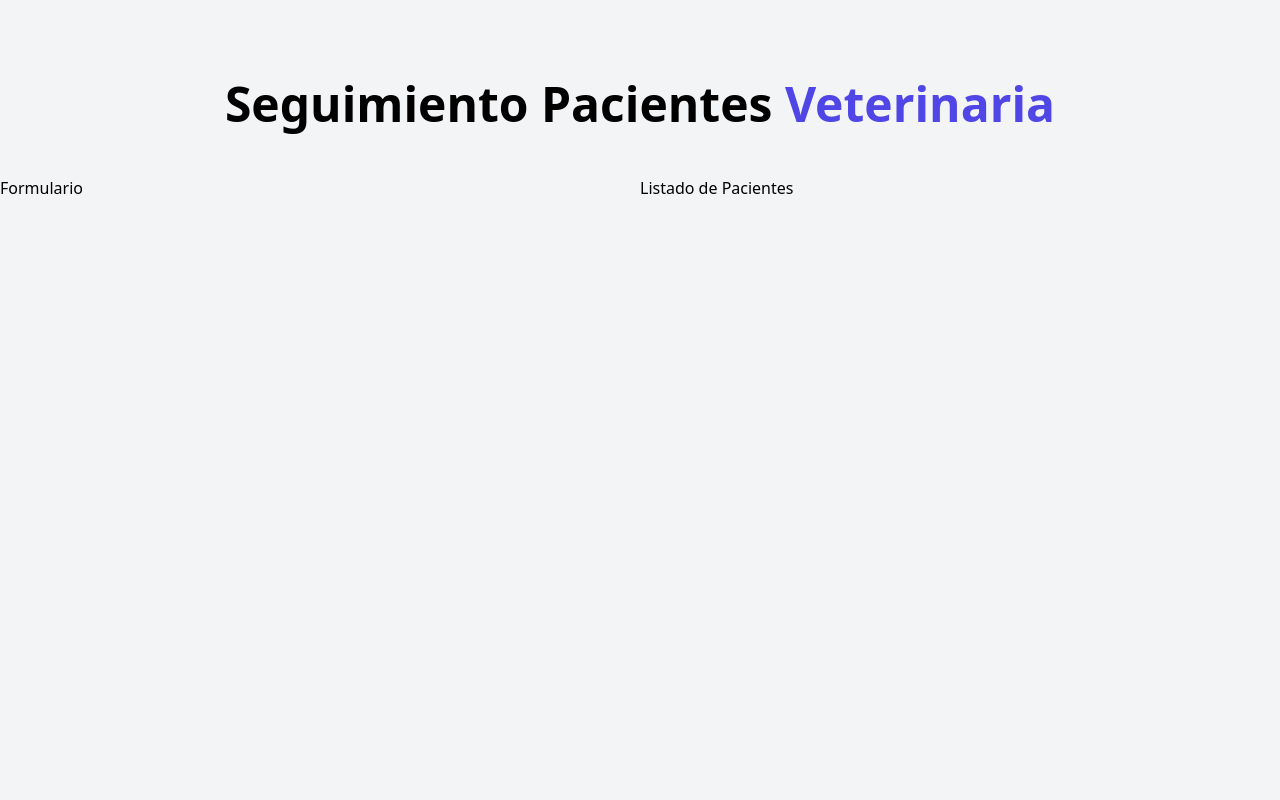
Repository: richardacb/citas_react_vite
Page: /
An editor plug-in stored every save of this project. The page is shown before and after a run of saves, followed by the edit.
The browser window is 1280 px wide. The pictures show the whole page.
The project was rebuilt for these pictures with package versions that can differ from the ones it lists, and the page was loaded fresh each time. Also part of the build but not shown: vite.config.js.

Above is the page before, as saved 2022-12-17 02:34:55.

### src/App.jsx
import { useState } from "react";
import Header from "./components/Header";
import Formulario from "./components/Formulario";
import ListadoPacientes from "./components/ListadoPacientes";

function App() {
  return (
    <div className="container mx-auto mt-20">
      <Header />
      <div className="mt-12 md:flex">
        <Formulario />
        <ListadoPacientes />
      </div>
    </div>
  );
}

export default App;

### src/components/Header.jsx
function Header() {
  return (
    <>
        <h1 className="font-black text-5xl text-center md:w-2/3 mx-auto">Seguimiento Pacientes {''}
         <span className="text-indigo-600">Veterinaria</span></h1>
    </>
  );
}

export default Header;

### src/components/Formulario.jsx
const Formulario = () => {
    return (
        <div className="md:w-1/2">
            <h2>Formulario</h2>
        </div>
    )
}

export default Formulario;

### src/components/ListadoPacientes.jsx
const ListadoPacientes = () => {
  return (
    <div className="w-1/2">
      <h2>Listado de Pacientes</h2>
    </div>
  );
};

export default ListadoPacientes;

Loaded but not shown: index.html (common file); src/main.jsx (common file); src/index.css (common file); tailwind.config.cjs (common file)

After the next 4 saves:
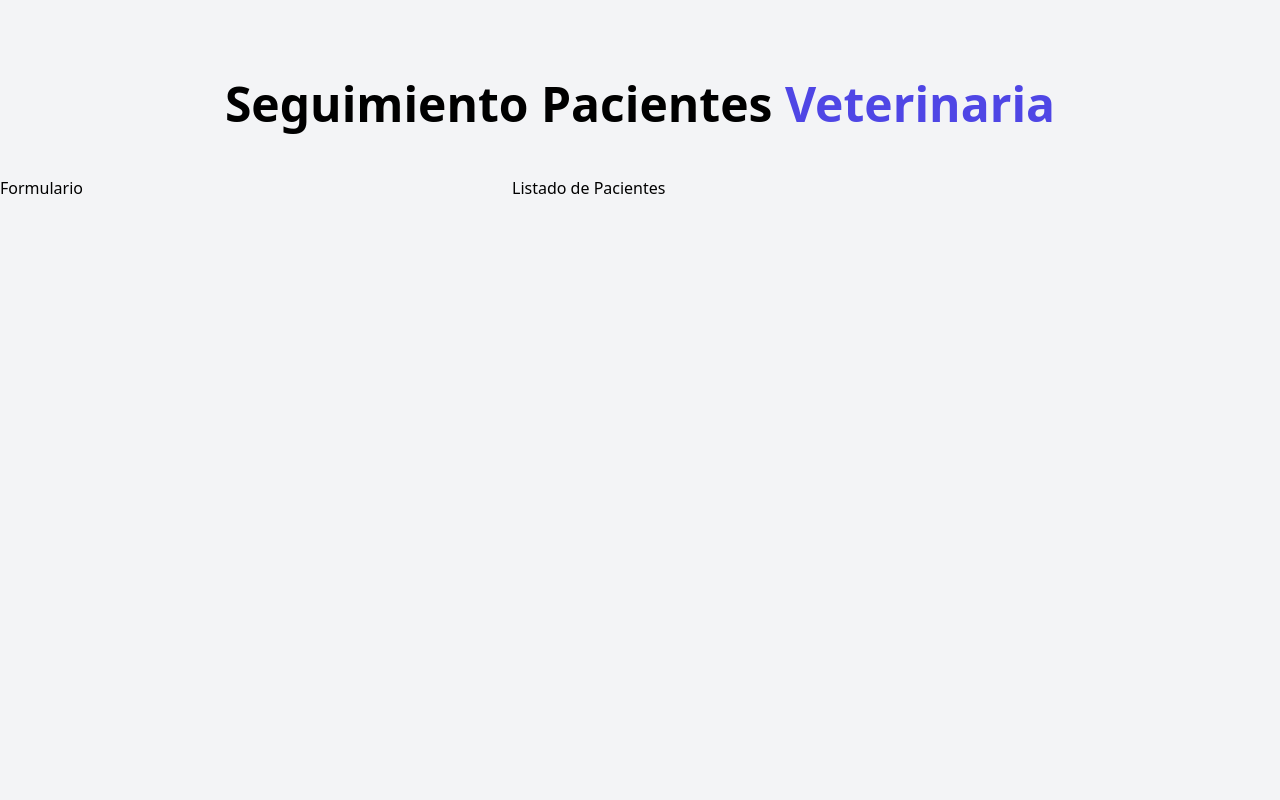
The 4 saves are shown as one change because they came seconds apart.
The last was saved 12 s later.
--- a/src/components/Formulario.jsx
+++ b/src/components/Formulario.jsx
@@ -1,6 +1,6 @@
 const Formulario = () => {
     return (
-        <div className="md:w-1/2">
+        <div className="md:w-1/2 lg:w-2/5">
             <h2>Formulario</h2>
         </div>
     )
